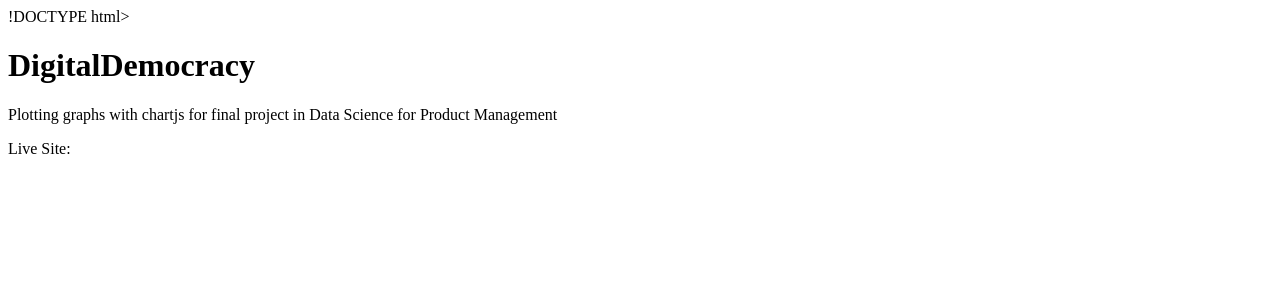
Repository: ChidiChuks/HydroCIS-Analysis
Page: README.html
The author's editor kept a copy of each file at every save. The page is drawn from the files as they stood at one save, then again after the next save.
The browser window is 1280 px wide. The pictures show the whole page.

Above is the page before, as saved 2019-11-14 16:37:09.

After the next save:
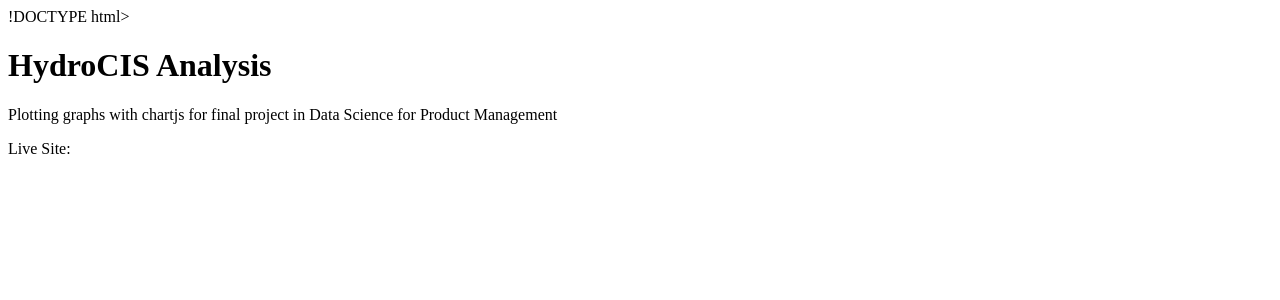
Saved 19 s later.
--- a/README.html
+++ b/README.html
@@ -5,7 +5,7 @@
 </head>
 <body>
 
-<h1 id="digitaldemocracy">DigitalDemocracy</h1>
+<h1 id="digitaldemocracy">HydroCIS Analysis</h1>
 
 <p>Plotting graphs with chartjs for final project in Data Science for Product Management</p>
 
